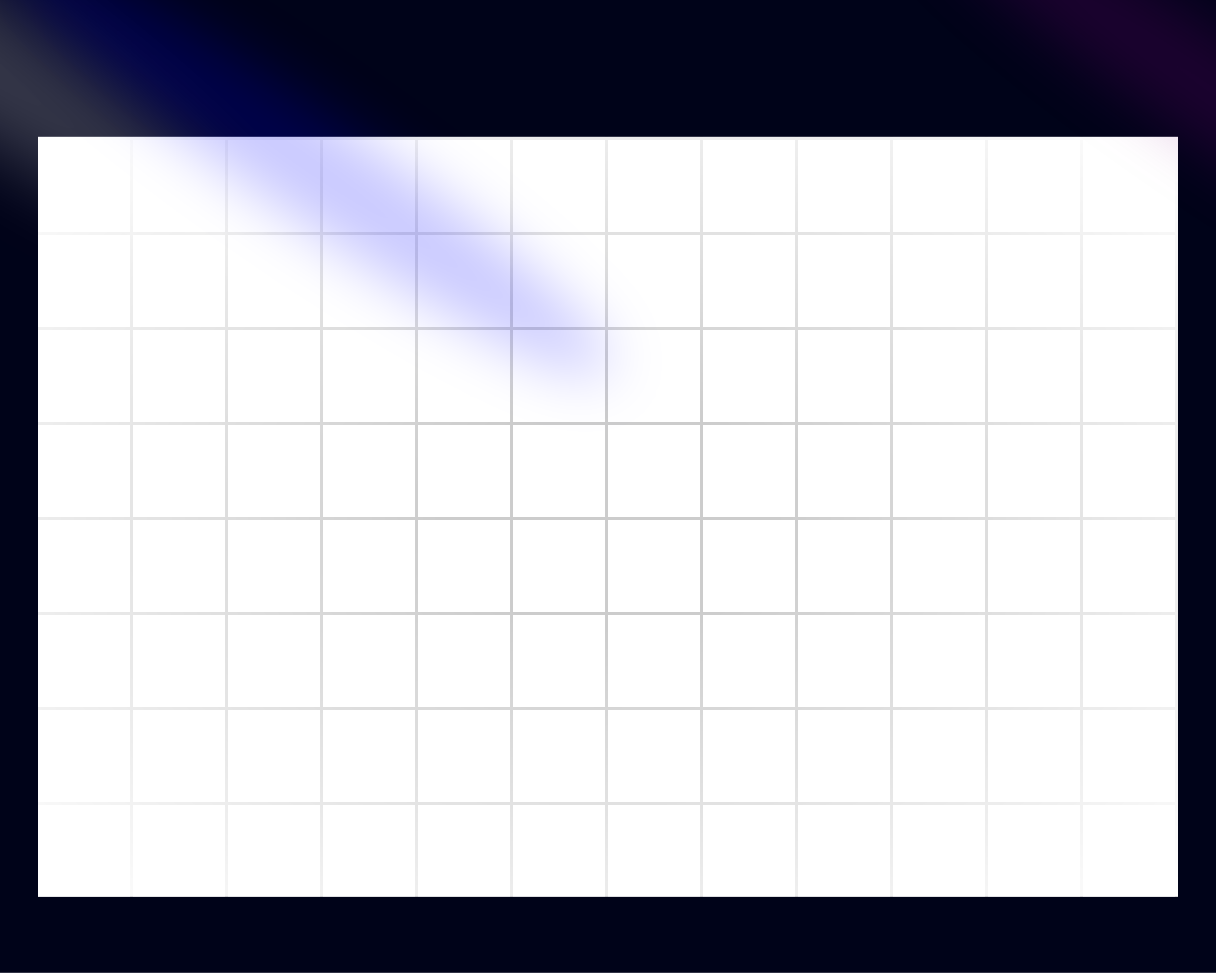
Repository: iharshitjaiswal/next_portfolio
Page: /
These files come from the project's save history. The page is drawn as it stood at one moment and after the next save; the edit follows.
The browser window is 1280 px wide. The pictures show the whole page, at 95% of full size.
The project was rebuilt for these pictures with package versions that can differ from the ones it lists, and the page was loaded fresh each time. The framework's server and built-in components were replaced by stand-ins that run in the browser. Also part of the build but not shown: next.config.mjs.

Above is the page before, as saved 2024-05-22 16:41:10.

### app/layout.tsx
import type { Metadata } from "next";
import { Inter } from "next/font/google";
import "./globals.css";

const inter = Inter({ subsets: ["latin"] });

export const metadata: Metadata = {
  title: "Harshit's Portfolio",
  description: "Modern & Minimalist Next Portfolio",
};

export default function RootLayout({
  children,
}: Readonly<{
  children: React.ReactNode;
}>) {
  return (
    <html lang="en">
      <body className={inter.className}>{children}</body>
    </html>
  );
}

### app/page.tsx
import Hero from "@/components/Hero";

export default function Home() {
  return (
    <main className="relative bg-black-100 flex justify-center text-white items-center flex-col overflow-hidden mx-auto sm:px-10 px-5">
      <div className="mx-w-7xl w-full">
        <Hero />
      </div>
    </main>
  );
}

### components/Hero.tsx
import React from "react";
import { Spotlight } from "./ui/Spotlight";

const Hero = () => {
  return (
    <div className="pb-20 pt-36">
      <div>
        <Spotlight
          className="-top-40 -left-10 md:-left-32 md:-top-20 h-screen"
          fill="white"
        />
        <Spotlight
          className="top-10 left-full h-[80vh] w-[50vw]"
          fill="purple"
        />
        <Spotlight className="top-28 left-80 h-[80vh] w-[50vw]" fill="blue" />
      </div>
      <div className="h-[50rem] w-full dark:bg-black bg-white  dark:bg-grid-white/[0.2] bg-grid-black/[0.2] relative flex items-center justify-center">
        {/* Radial gradient for the container to give a faded look */}
        <div className="absolute pointer-events-none inset-0 flex items-center justify-center dark:bg-black bg-white [mask-image:radial-gradient(ellipse_at_center,transparent_20%,black)]"></div>
        <p className="text-4xl sm:text-7xl font-bold relative z-20 bg-clip-text text-transparent bg-gradient-to-b from-neutral-200 to-neutral-500 py-8"></p>
      </div>
    </div>
  );
};

export default Hero;

### components/ui/Spotlight.tsx
import React from "react";
import { cn } from "@/utils/cn";

type SpotlightProps = {
  className?: string;
  fill?: string;
};

export const Spotlight = ({ className, fill }: SpotlightProps) => {
  return (
    <svg
      className={cn(
        "animate-spotlight pointer-events-none absolute z-[1]  h-[169%] w-[138%] lg:w-[84%] opacity-0",
        className
      )}
      xmlns="http://www.w3.org/2000/svg"
      viewBox="0 0 3787 2842"
      fill="none"
    >
      <g filter="url(#filter)">
        <ellipse
          cx="1924.71"
          cy="273.501"
          rx="1924.71"
          ry="273.501"
          transform="matrix(-0.822377 -0.568943 -0.568943 0.822377 3631.88 2291.09)"
          fill={fill || "white"}
          fillOpacity="0.21"
        ></ellipse>
      </g>
      <defs>
        <filter
          id="filter"
          x="0.860352"
          y="0.838989"
          width="3785.16"
          height="2840.26"
          filterUnits="userSpaceOnUse"
          colorInterpolationFilters="sRGB"
        >
          <feFlood floodOpacity="0" result="BackgroundImageFix"></feFlood>
          <feBlend
            mode="normal"
            in="SourceGraphic"
            in2="BackgroundImageFix"
            result="shape"
          ></feBlend>
          <feGaussianBlur
            stdDeviation="151"
            result="effect1_foregroundBlur_1065_8"
          ></feGaussianBlur>
        </filter>
      </defs>
    </svg>
  );
};

Loaded but not shown: app/globals.css (common file); utils/cn.ts (common file); tailwind.config.ts (common file)

After the next save:
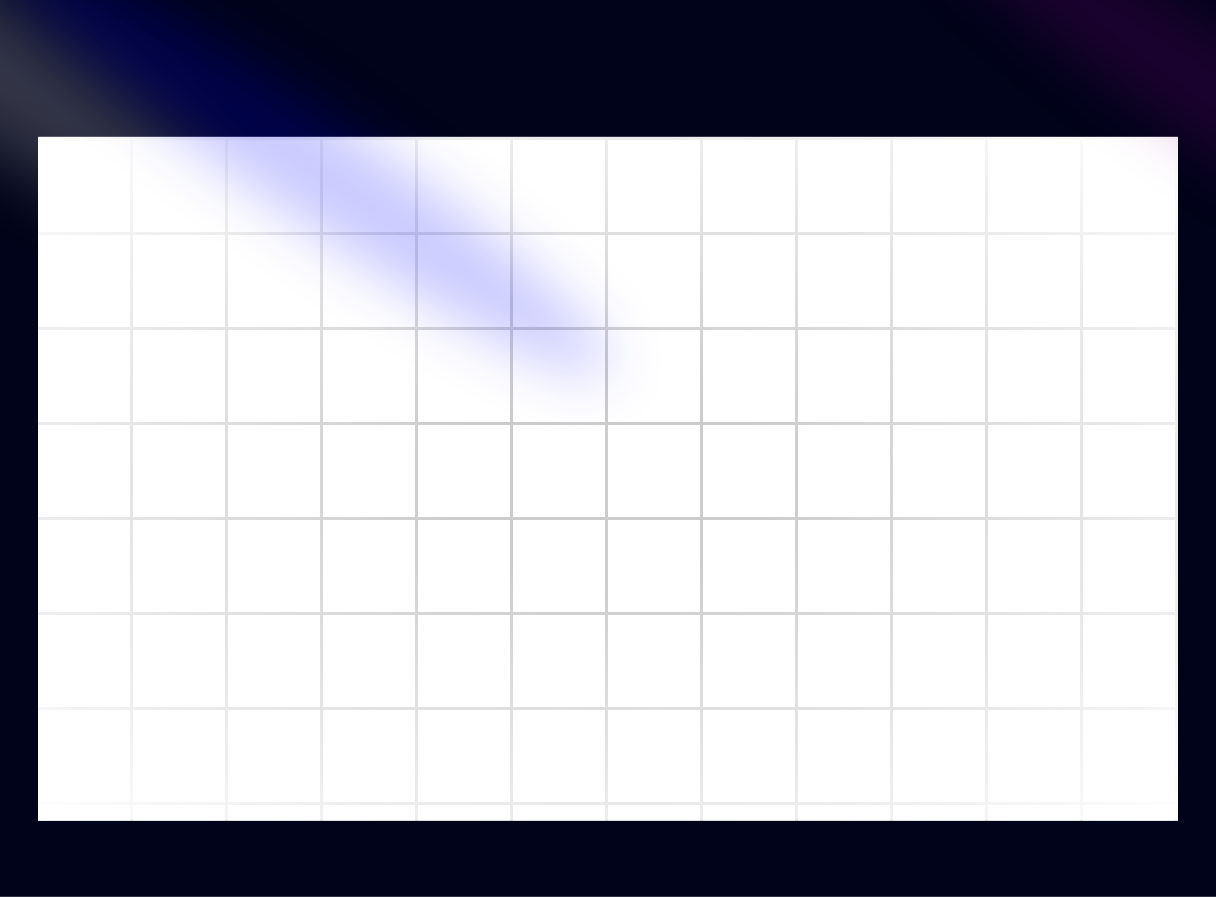
Saved 2 min 33 s later.
--- a/components/Hero.tsx
+++ b/components/Hero.tsx
@@ -15,10 +15,9 @@
         />
         <Spotlight className="top-28 left-80 h-[80vh] w-[50vw]" fill="blue" />
       </div>
-      <div className="h-[50rem] w-full dark:bg-black bg-white  dark:bg-grid-white/[0.2] bg-grid-black/[0.2] relative flex items-center justify-center">
+      <div className="h-screen w-full dark:bg-black-100 bg-white  dark:bg-grid-white/[0.3] bg-grid-black/[0.2] relative flex items-center justify-center">
         {/* Radial gradient for the container to give a faded look */}
-        <div className="absolute pointer-events-none inset-0 flex items-center justify-center dark:bg-black bg-white [mask-image:radial-gradient(ellipse_at_center,transparent_20%,black)]"></div>
-        <p className="text-4xl sm:text-7xl font-bold relative z-20 bg-clip-text text-transparent bg-gradient-to-b from-neutral-200 to-neutral-500 py-8"></p>
+        <div className="absolute pointer-events-none inset-0 flex items-center justify-center dark:bg-black-100 bg-white [mask-image:radial-gradient(ellipse_at_center,transparent_20%,black)]" />
       </div>
     </div>
   );
